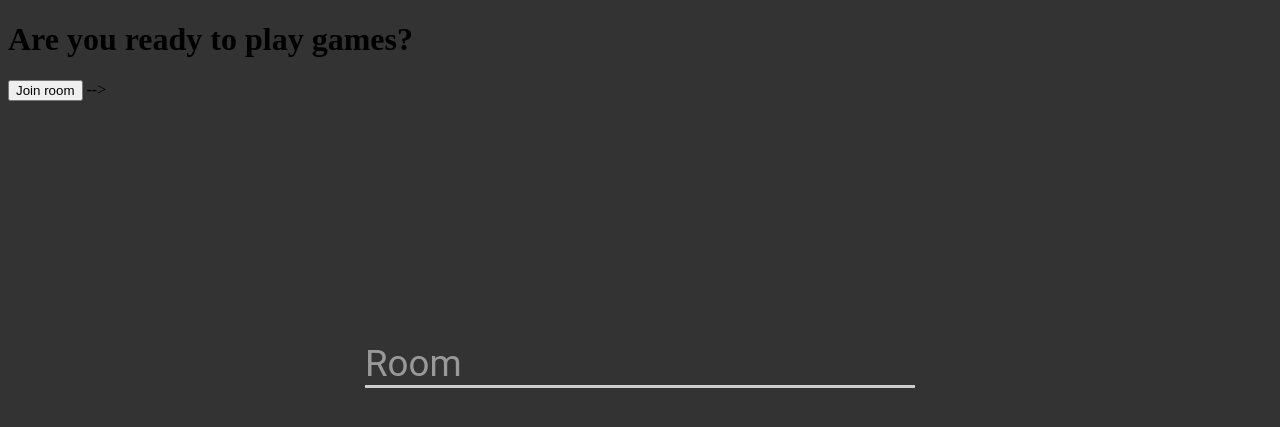
Repository: rektyyy/henhouse
Page: client/index.html
These files come from the project's save history. The page is drawn as it stood at one moment and after the next save; the edit follows.
The browser window is 1280 px wide. The pictures show the whole page.

Above is the page before, as saved 2023-12-30 10:20:37.

### client/index.html
<!DOCTYPE html>
<html lang="en">

<head>
    <meta name="viewport" content="width=device-width, initial-scale=1.0">
    <title>Cool Start Page</title>
    <link rel="stylesheet" type="text/css" href="styles_index.css">
</head>

<body>
    <h1>Are you ready to play games?</h1>
    <div class="centered">
        <div class="group">
            <input type="text" id="name" required>
            <label for="name">Name</label>
            <div class="bar"></div>
        </div>
    </div>


    <div class="centered">
        <div class="group">
            <input type="text" id="room" required>
            <label for="name">Room</label>
            <div class="bar"></div>
        </div>
    </div>
    <button id="button_room" type="submit">Join room</button> -->

    <script type="text/javascript" src="index.js"></script>
</body>

</html>

### client/styles_index.css
* {
  box-sizing: border-box;
}

body {
  background: #333;
}

.centered {
  width: 550px;
  height: 110px;
  margin: auto;
  position: absolute;
  top: 0;
  bottom: 0;
  left: 0;
  right: 0;
}

.group {
  width: 100%;
  height: 110px;
  overflow: hidden;
  position: relative;
}

label {
  position: absolute;
  top: 36.6666666667px;
  color: rgba(255, 255, 255, 0.5);
  font: 400 36.6666666667px Roboto;
  cursor: text;
  transition: 0.25s ease;
}

input {
  display: block;
  width: 100%;
  padding-top: 36.6666666667px;
  border: none;
  border-radius: 0;
  color: white;
  background: #333;
  font-size: 36.6666666667px;
  transition: 0.3s ease;
}
input:valid ~ label {
  top: 0;
  font: 700 22px Roboto;
  color: rgba(255, 255, 255, 0.5);
}
input:focus {
  outline: none;
}
input:focus ~ label {
  top: 0;
  font: 700 22px Roboto;
  color: #2196f3;
}
input:focus ~ .bar:before {
  transform: translateX(0);
}
input:-webkit-autofill {
  -webkit-box-shadow: 0 0 0px 1000px #333 inset;
  -webkit-text-fill-color: white !important;
}

.bar {
  background: rgba(255, 255, 255, 0.5);
  content: "";
  width: 550px;
  height: 3.6666666667px;
  transition: 0.3s ease;
  position: relative;
}
.bar:before {
  content: "";
  position: absolute;
  width: 100%;
  height: 150%;
  background: #2196f3;
  transform: translateX(-100%);
}

::selection {
  background: rgba(33, 150, 243, 0.3);
}

/*# sourceMappingURL=styles_index.css.map */

### client/index.js
const input_room = document.getElementById('input_room');
const button_room = document.getElementById('button_room');

// Joins room
button_room.addEventListener('click', () => {
    if (input_room.value) {
        currentRoomId = input_room.value;
        input_room.value = '';
        window.location.href = `/game.html?room=${currentRoomId}`;
    }
});

After the next save:
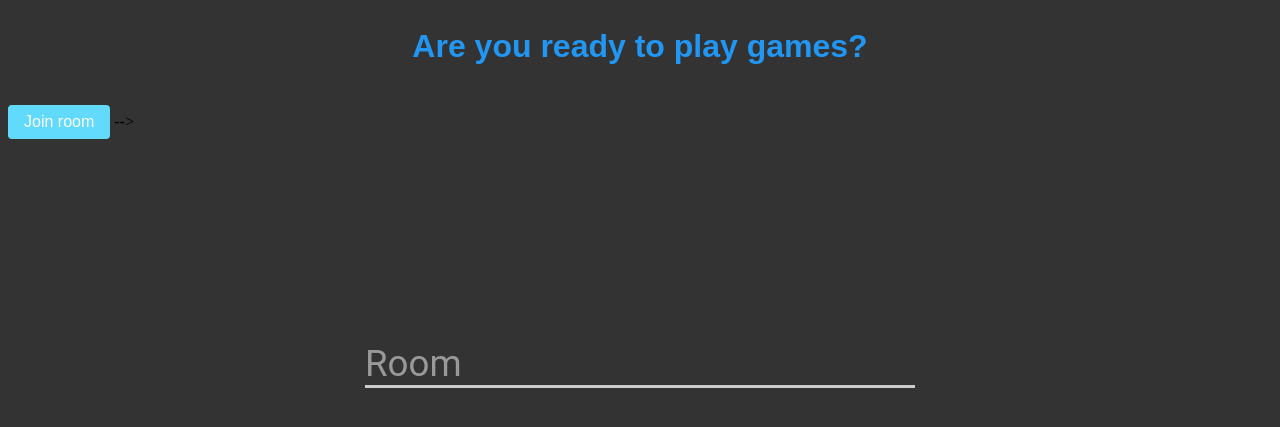
Saved 2 min 29 s later.
--- a/client/styles_index.css
+++ b/client/styles_index.css
@@ -4,6 +4,32 @@
 
 body {
   background: #333;
+}
+
+h1 {
+  font-family: "Arial", sans-serif; /* Use a font of your choice */
+  text-align: center; /* Center align the text */
+  color: #2196f3; /* Color of the text */
+  padding: 20px; /* Add some padding */
+  background-color: #333; /* Background color */
+  margin-top: 0; /* Remove default top margin */
+  margin-bottom: 20px; /* Add some space below the header */
+  border-radius: 5px; /* Optional: Rounded corners */
+}
+
+button {
+  padding: 0.5rem 1rem;
+  font-size: 1rem;
+  border: none;
+  border-radius: 0.25rem;
+  background-color: #61dafb;
+  color: #fff;
+  cursor: pointer;
+  outline: none;
+}
+
+button:hover {
+  background-color: #4fa3d1;
 }
 
 .centered {
